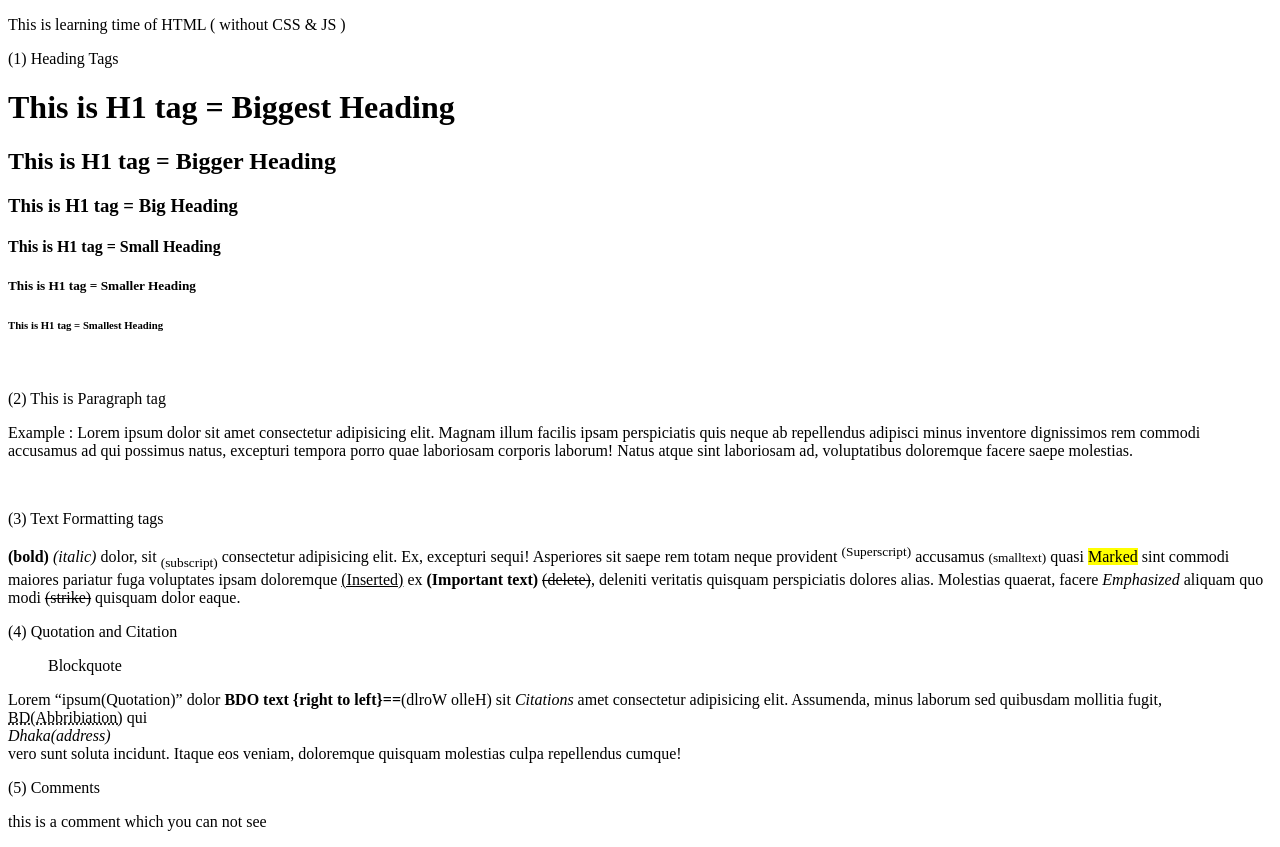
Repository: diptods/Frontend-in-60-DAYS
Page: Day01/learning/learn.html
The author's editor kept a copy of each file at every save. The page is drawn from the files as they stood at one save, then again after the next save.
The browser window is 1280 px wide. The pictures show the whole page.

Above is the page before, as saved 2026-05-28 12:06:48.

### Day01/learning/learn.html
<!DOCTYPE html>
<html lang="en">

<head>
    <meta charset="UTF-8">
    <meta name="viewport" content="width=device-width, initial-scale=1.0">
    <title>Day 01 Of Frontend Learning</title>
</head>

<body>
    <p>This is learning time of HTML ( without CSS & JS )</p>
    <p>(1) Heading Tags</p>
    <h1>This is H1 tag = Biggest Heading</h1>
    <h2>This is H1 tag = Bigger Heading</h2>
    <h3>This is H1 tag = Big Heading</h3>
    <h4>This is H1 tag = Small Heading</h4>
    <h5>This is H1 tag = Smaller Heading</h5>
    <h6>This is H1 tag = Smallest Heading</h6>
    <br>
    <p>(2) This is Paragraph tag</p>
    <p>Example : Lorem ipsum dolor sit amet consectetur adipisicing elit. Magnam illum facilis ipsam perspiciatis quis
        neque ab repellendus adipisci minus inventore dignissimos rem commodi accusamus ad qui possimus natus, excepturi
        tempora porro quae laboriosam corporis laborum! Natus atque sint laboriosam ad, voluptatibus doloremque facere
        saepe molestias.</p>
    <br>
    <p>(3) Text Formatting tags</p>
    <p><b>(bold)</b> <i>(italic)</i> dolor, sit <sub>(subscript)</sub> consectetur adipisicing elit. Ex, excepturi
        sequi! Asperiores sit saepe rem totam
        neque provident <sup>(Superscript)</sup> accusamus <small>(smalltext)</small> quasi <mark>Marked</mark> sint
        commodi maiores pariatur fuga voluptates ipsam doloremque
        <ins>(Inserted)</ins> ex <strong>(Important text)</strong> <del>(delete)</del>, deleniti veritatis quisquam
        perspiciatis dolores alias. Molestias quaerat, facere
        <em>Emphasized</em> aliquam quo modi <strike>(strike)</strike> quisquam dolor eaque.
    </p>
    <p>(4) Quotation and Citation</p>
    <p><blockquote>Blockquote</blockquote> Lorem <q>ipsum(Quotation)</q> dolor <b>BDO text {right to left}==</b><bdo dir="rtl">(Hello World)</bdo> sit <cite>Citations</cite> amet consectetur adipisicing elit. Assumenda, minus laborum sed quibusdam mollitia fugit,
        <abbr title="Bangladesh">BD(Abbribiation)</abbr> qui <address>Dhaka(address)</address>vero sunt soluta incidunt. Itaque eos veniam, doloremque quisquam molestias culpa repellendus cumque!
    </p>
    <p>(5) Comments</p>
    <!-- Write your comments here -->
     <p><!-- Write your comments here --> this is a comment which you can not see</p>
</body>

</html>

After the next save:
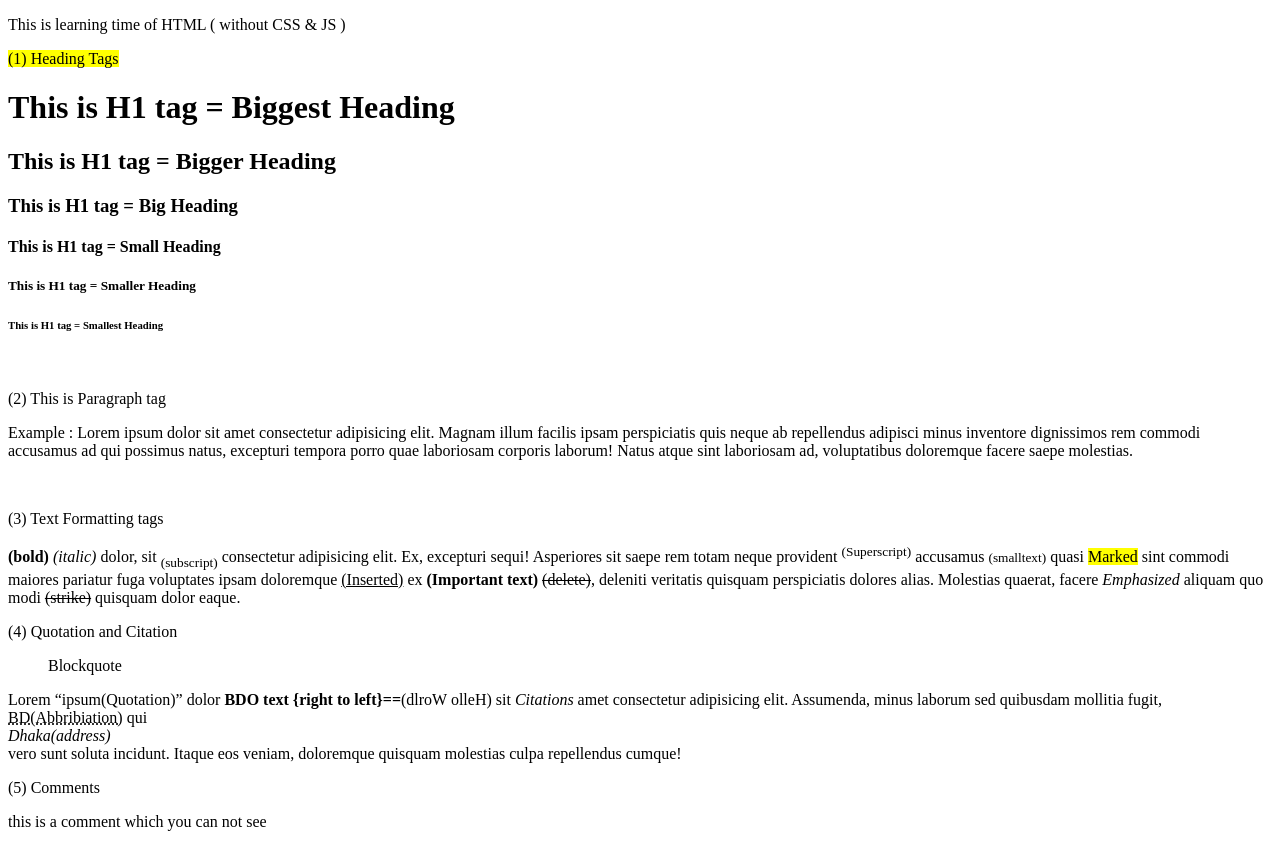
Saved 33 s later.
--- a/Day01/learning/learn.html
+++ b/Day01/learning/learn.html
@@ -9,7 +9,7 @@
 
 <body>
     <p>This is learning time of HTML ( without CSS & JS )</p>
-    <p>(1) Heading Tags</p>
+    <p><mark color="green">(1) Heading Tags</mark></p>
     <h1>This is H1 tag = Biggest Heading</h1>
     <h2>This is H1 tag = Bigger Heading</h2>
     <h3>This is H1 tag = Big Heading</h3>
